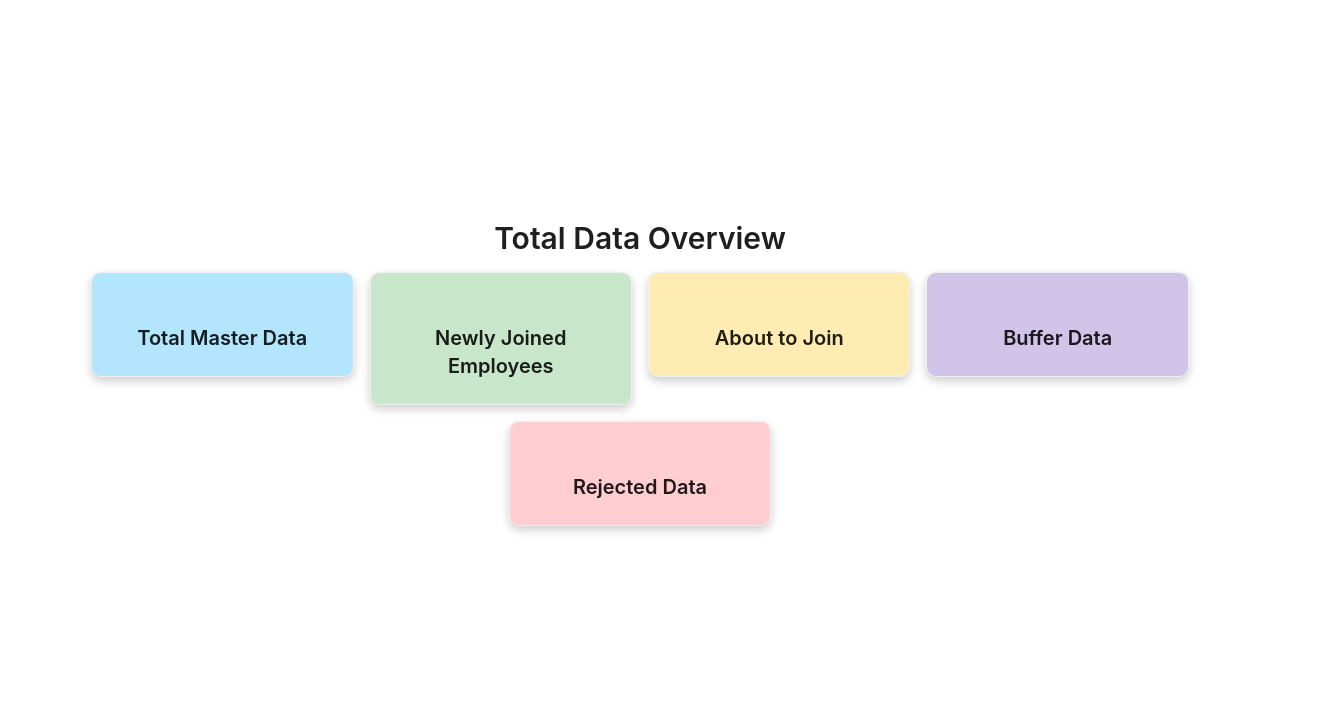
Repository: Moqueed/Delta_Iot
Page: /total-data (app in client/)
These files come from the project's save history. The page is drawn as it stood at one moment and after the next save; the edit follows.
The browser window is 1280 px wide. The page is 1280 px wide, then 1344 px, so the pictures cover 1344 px, including what lies to the right of the window. The pictures show the whole page.
The project was rebuilt for these pictures with package versions that can differ from the ones it lists, and the page was loaded fresh each time. Also part of the build but not shown: client/vite.config.js, client/src/api/index.js, client/src/api/users.js, client/src/pages/Register/index.jsx, client/src/pages/Login/index.jsx, client/src/components/ProtectedRoute.jsx, client/src/pages/HR/HRDashboard.jsx, client/src/pages/Admin/AdminDashboard.jsx.

Above is the page before, as saved 2025-03-13 22:47:14.

After the next save:
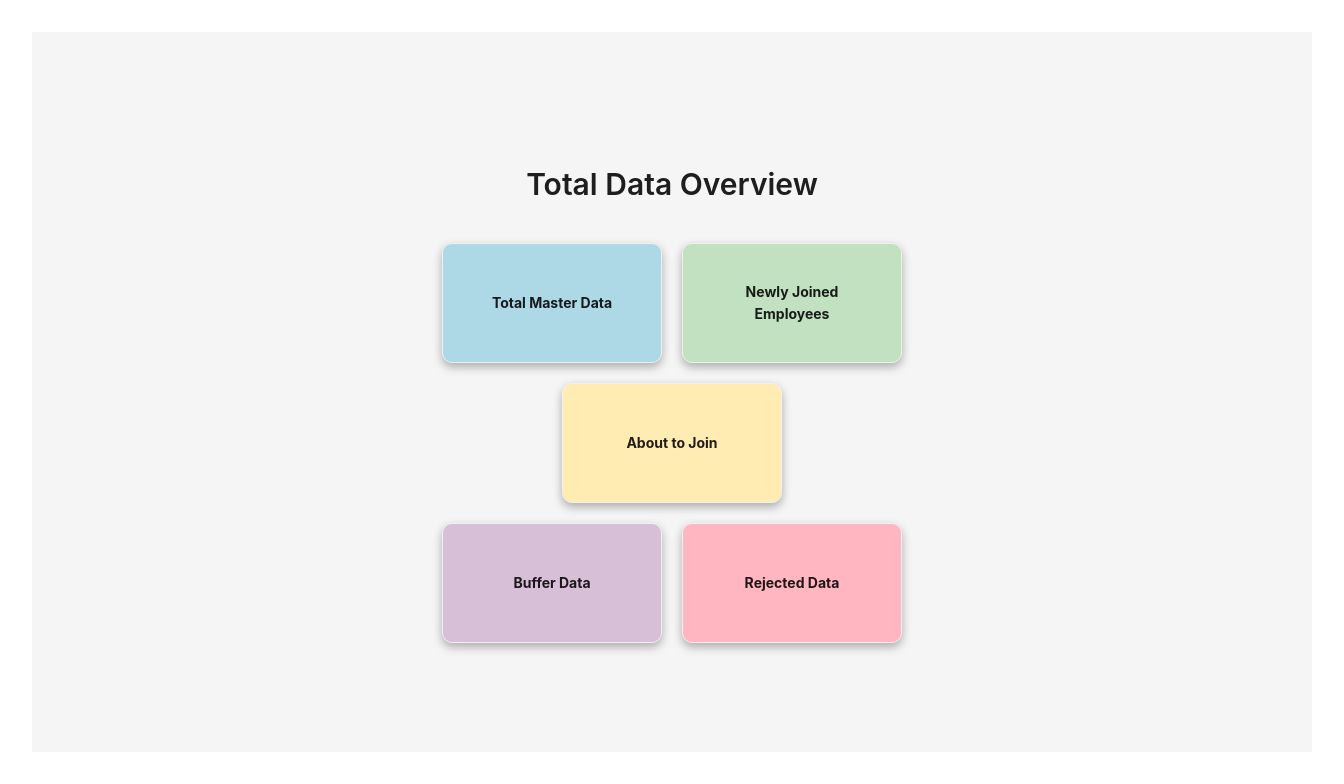
Saved 2 min 28 s later.
--- a/client/src/pages/HR/TotalDataPage.jsx
+++ b/client/src/pages/HR/TotalDataPage.jsx
@@ -1,47 +1,68 @@
 import React from "react";
-import { Card, Typography, Row, Col } from "antd";
-import { useNavigate } from "react-router-dom";
+import { Card, Typography } from "antd";
 
 const { Title } = Typography;
 
 const TotalDataPage = () => {
-  const navigate = useNavigate();
-
   const sections = [
-    { title: "Total Master Data", color: "#b3e5fc", route: "/master-data" },
-    { title: "Newly Joined Employees", color: "#c8e6c9", route: "/new-employees" },
-    { title: "About to Join", color: "#ffecb3", route: "/about-to-join" },
-    { title: "Buffer Data", color: "#d1c4e9", route: "/buffer-data" },
-    { title: "Rejected Data", color: "#ffcdd2", route: "/rejected-data" },
+    { title: "Total Master Data", color: "#ADD8E6" },
+    { title: "Newly Joined Employees", color: "#C1E1C1" },
+    { title: "About to Join", color: "#FFECB3" },
+    { title: "Buffer Data", color: "#D8BFD8" },
+    { title: "Rejected Data", color: "#FFB6C1" },
   ];
 
-  const handleCardClick = (route) => {
-    navigate(route);
+  const cardStyle = {
+    width: "220px",
+    height: "120px",
+    display: "flex",
+    alignItems: "center",
+    justifyContent: "center",
+    borderRadius: "10px",
+    boxShadow: "0 4px 10px rgba(0, 0, 0, 0.3)",
+    fontWeight: "bold",
+    cursor: "pointer",
+    transition: "transform 0.3s ease, box-shadow 0.3s ease",
   };
 
   return (
-    <div style={{ padding: 20, textAlign: "center" }}>
-      <Title level={2}>Total Data Overview</Title>
+    <div
+      style={{
+        height: "100vh",
+        width: "100vw",
+        display: "flex",
+        flexDirection: "column",
+        alignItems: "center",
+        justifyContent: "center",
+        backgroundColor: "#f5f5f5",
+        gap: "20px",
+      }}
+    >
+      <Title level={2} style={{ marginBottom: "20px" }}>
+        Total Data Overview
+      </Title>
 
-      <Row justify="center" gutter={[16, 16]}>
-        {sections.map((section, index) => (
-          <Col xs={24} sm={12} md={8} lg={6} key={index}>
-            <Card
-              hoverable
-              onClick={() => handleCardClick(section.route)}
-              style={{
-                background: section.color,
-                borderRadius: 10,
-                boxShadow: "0 4px 10px rgba(0,0,0,0.2)",
-                textAlign: "center",
-                cursor: "pointer",
-              }}
-            >
-              <Title level={4} style={{ marginBottom: 0 }}>{section.title}</Title>
-            </Card>
-          </Col>
-        ))}
-      </Row>
+      <div style={{ display: "flex", gap: "20px" }}>
+        <Card style={{ ...cardStyle, backgroundColor: sections[0].color }}>
+          {sections[0].title}
+        </Card>
+        <Card style={{ ...cardStyle, backgroundColor: sections[1].color }}>
+          {sections[1].title}
+        </Card>
+      </div>
+
+      <Card style={{ ...cardStyle, backgroundColor: sections[2].color }}>
+        {sections[2].title}
+      </Card>
+
+      <div style={{ display: "flex", gap: "20px" }}>
+        <Card style={{ ...cardStyle, backgroundColor: sections[3].color }}>
+          {sections[3].title}
+        </Card>
+        <Card style={{ ...cardStyle, backgroundColor: sections[4].color }}>
+          {sections[4].title}
+        </Card>
+      </div>
     </div>
   );
 };
